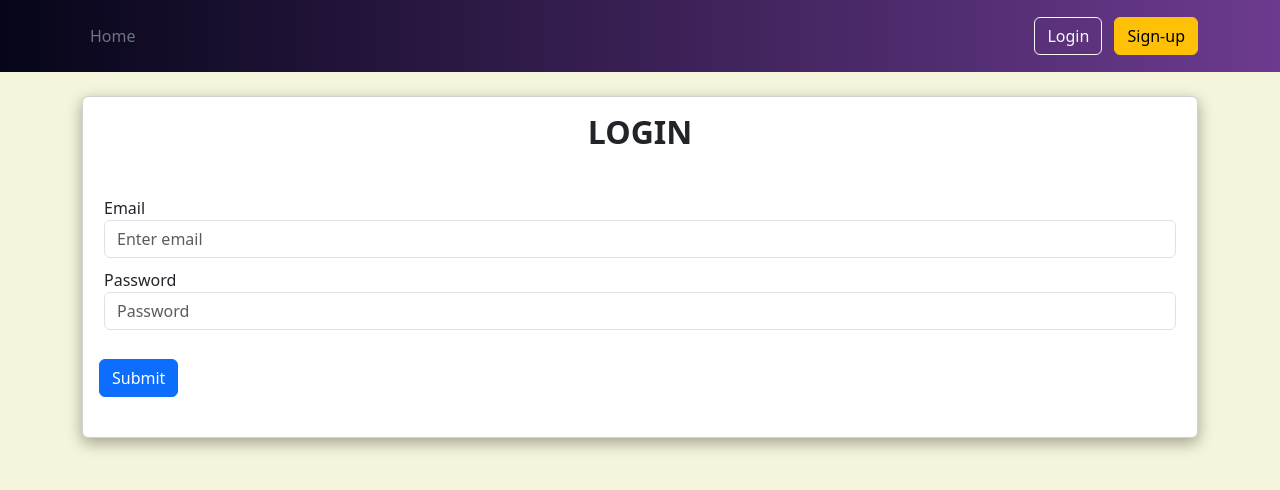
Repository: professorsourabh/php_membership
Page: http://localhost/MVC-Assignment/view/verificationPage.php
The author's editor kept a copy of each file at every save. The page is drawn from the files as they stood at one save, then again after the next save.
The browser window is 1280 px wide. The pictures show the whole page.
The page is run by PHP 8.4 with error messages shown; the project is at /var/www/html/.

Above is the page before, as saved 2023-07-09 11:38:17.

### view/verificationPage.php
<html lang="en">
<head>
    <meta charset="UTF-8">
    <meta name="viewport" content="width=device-width, initial-scale=1.0">
    <title>Assesment</title>
    <link href="https://cdn.jsdelivr.net/npm/bootstrap@5.3.0/dist/css/bootstrap.min.css" rel="stylesheet" integrity="sha384-9ndCyUaIbzAi2FUVXJi0CjmCapSmO7SnpJef0486qhLnuZ2cdeRhO02iuK6FUUVM" crossorigin="anonymous">
    <link rel="stylesheet" href="index.css"></link>
</head>
<body>
    <header class="p-3 bg-dark text-white">
        <div class="container">
          <div class="d-flex flex-wrap align-items-center justify-content-center justify-content-lg-start">


            <ul class="nav col-12 col-lg-auto me-lg-auto mb-2 justify-content-center mb-md-0">
              <li><a href="#" class="nav-link px-2 text-secondary">Home</a></li>

            </ul>




            <div class="text-end">
              <a type="button" class="btn btn-outline-light me-2" href="login.html">Login</a>
              <a type="button" class="btn btn-warning" href="index.html">Sign-up</a>
            </div>
          </div>
        </div>
      </header>
      <div class="container my-4">
        <div class="card my-4" style="box-shadow: rgba(0, 0, 0, 0.35) 0px 5px 15px;">
            <div class="card-heading text-center my-3 mx-2">
                <h2 class="text-uppercase fw-bold">Login</h2>
            </div>
            <div class="card-body">

        <form method="post" action="">


           <div class="form-group">
              <label for="exampleInputEmail">Email</label>
              <input type="email" class="form-control" name="email" id="email"  placeholder="Enter email">

            </div>


              <div class="form-group">
                <label for="exampleInputPassword">Password</label>
                <input type="password" class="form-control" name="password" id="exampleInputPassword" placeholder="Password">
              </div>


            <button type="submit" class="btn btn-primary my-4">Submit</button>
          </form>

            </div>
        </div>

    </div>






    <script src="https://cdn.jsdelivr.net/npm/bootstrap@5.3.0/dist/js/bootstrap.bundle.min.js" integrity="sha384-geWF76RCwLtnZ8qwWowPQNguL3RmwHVBC9FhGdlKrxdiJJigb/j/68SIy3Te4Bkz" crossorigin="anonymous"></script>
</body>
</html>

### index.css
*{
    padding: 0;
    margin: 0;
}

body{

    background-color: beige;
}
header{
    background: rgb(5,4,24);
    background: linear-gradient(90deg, rgba(5,4,24,0.9557072829131653) 0%, rgba(134,66,179,0.7400210084033614) 100%);
}
.registration-part{

    padding: 50px;

}
.text-cente{
    text-align: center;
}
div.form-group{
    padding: 5px;
}

After the next save:
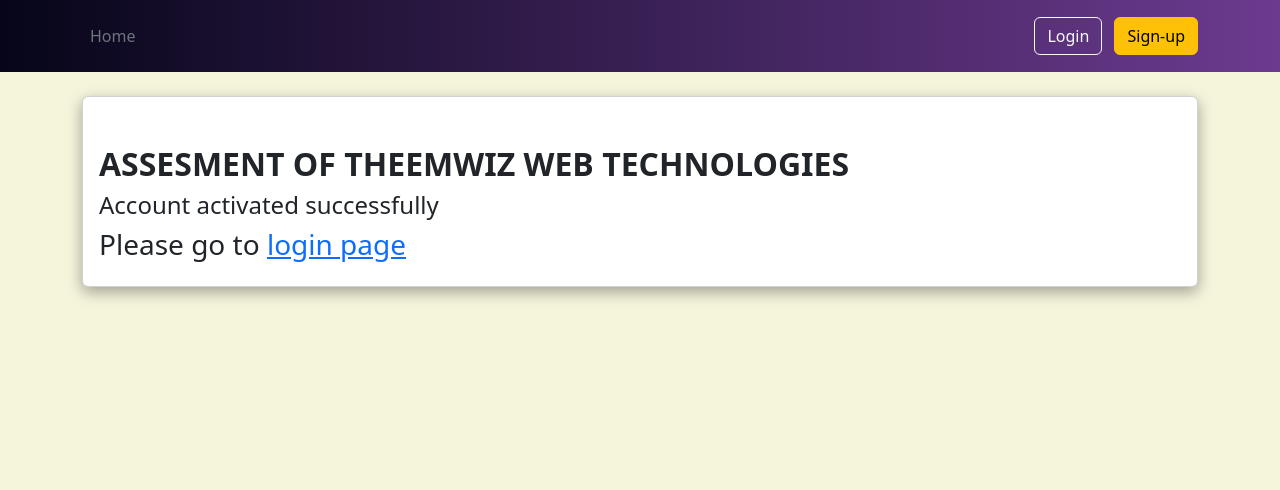
Saved 1 s later.
--- a/view/verificationPage.php
+++ b/view/verificationPage.php
@@ -21,7 +21,7 @@
 
 
             <div class="text-end">
-              <a type="button" class="btn btn-outline-light me-2" href="login.html">Login</a>
+              <a type="button" class="btn btn-outline-light me-2" href="login.php">Login</a>
               <a type="button" class="btn btn-warning" href="index.html">Sign-up</a>
             </div>
           </div>
@@ -30,28 +30,14 @@
       <div class="container my-4">
         <div class="card my-4" style="box-shadow: rgba(0, 0, 0, 0.35) 0px 5px 15px;">
             <div class="card-heading text-center my-3 mx-2">
-                <h2 class="text-uppercase fw-bold">Login</h2>
+
+
             </div>
             <div class="card-body">
+              <h2 class="text-uppercase fw-bold">Assesment of Theemwiz Web Technologies</h2>
+              <h4>Account activated successfully </h4>
+              <h3>Please go to <a href="../login.php">login page</a></h3>
 
-        <form method="post" action="">
-
-
-           <div class="form-group">
-              <label for="exampleInputEmail">Email</label>
-              <input type="email" class="form-control" name="email" id="email"  placeholder="Enter email">
-
-            </div>
-
-
-              <div class="form-group">
-                <label for="exampleInputPassword">Password</label>
-                <input type="password" class="form-control" name="password" id="exampleInputPassword" placeholder="Password">
-              </div>
-
-
-            <button type="submit" class="btn btn-primary my-4">Submit</button>
-          </form>
 
             </div>
         </div>
